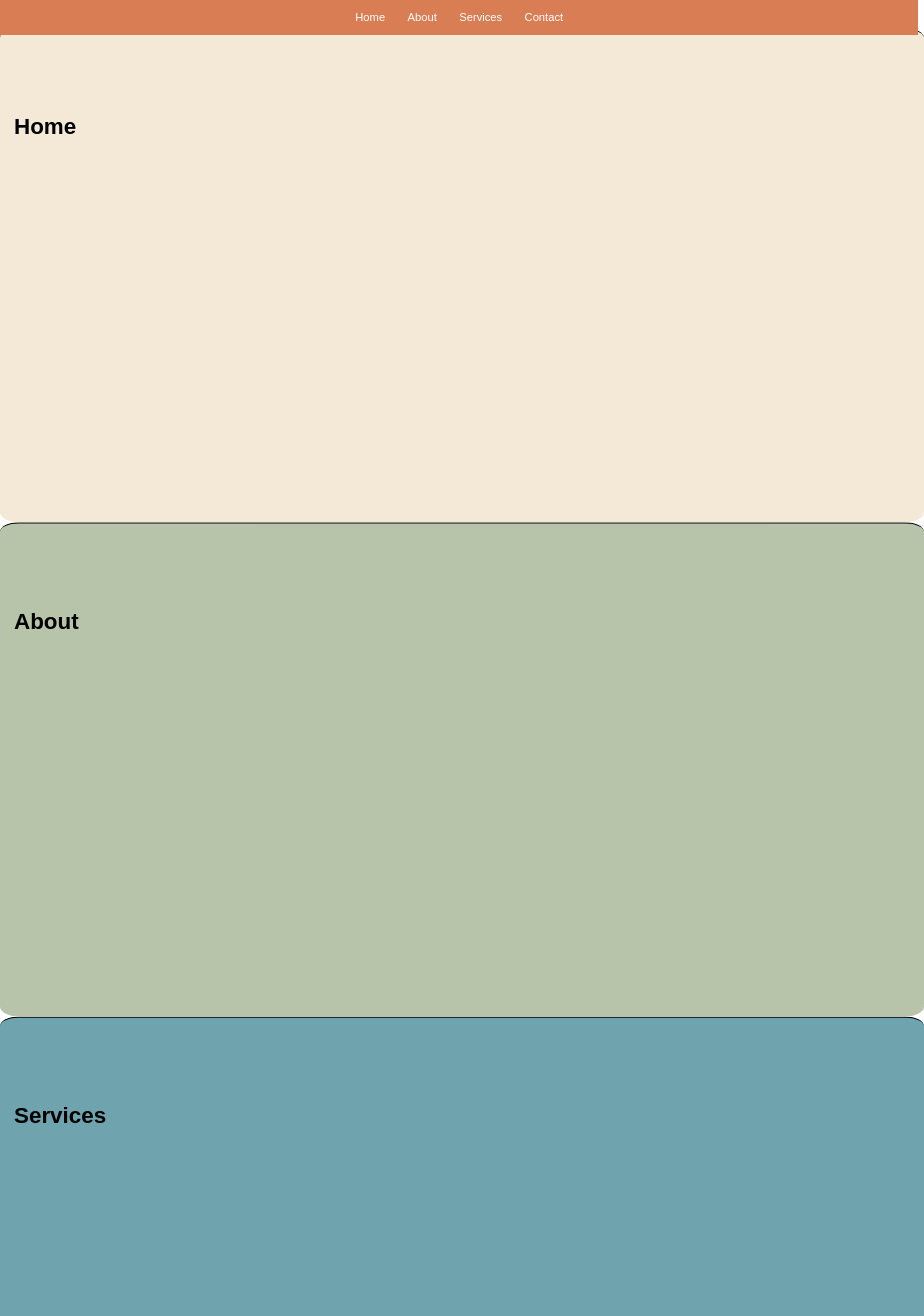
Repository: danichimescu/tema_unu_
Page: index.html
An editor plug-in stored every save of this project. The page is shown before and after the next save, followed by the edit.
The browser window is 1280 px wide. The page is 1320 px wide, so the pictures cover 1320 px, including what lies to the right of the window. The pictures show the part of the page from y = 0 to 1880 px (the page is 2864 px tall before and 2874 px after), at 70% of full size.

Above is the page before, as saved 2025-10-06 02:04:52.

After the next save:
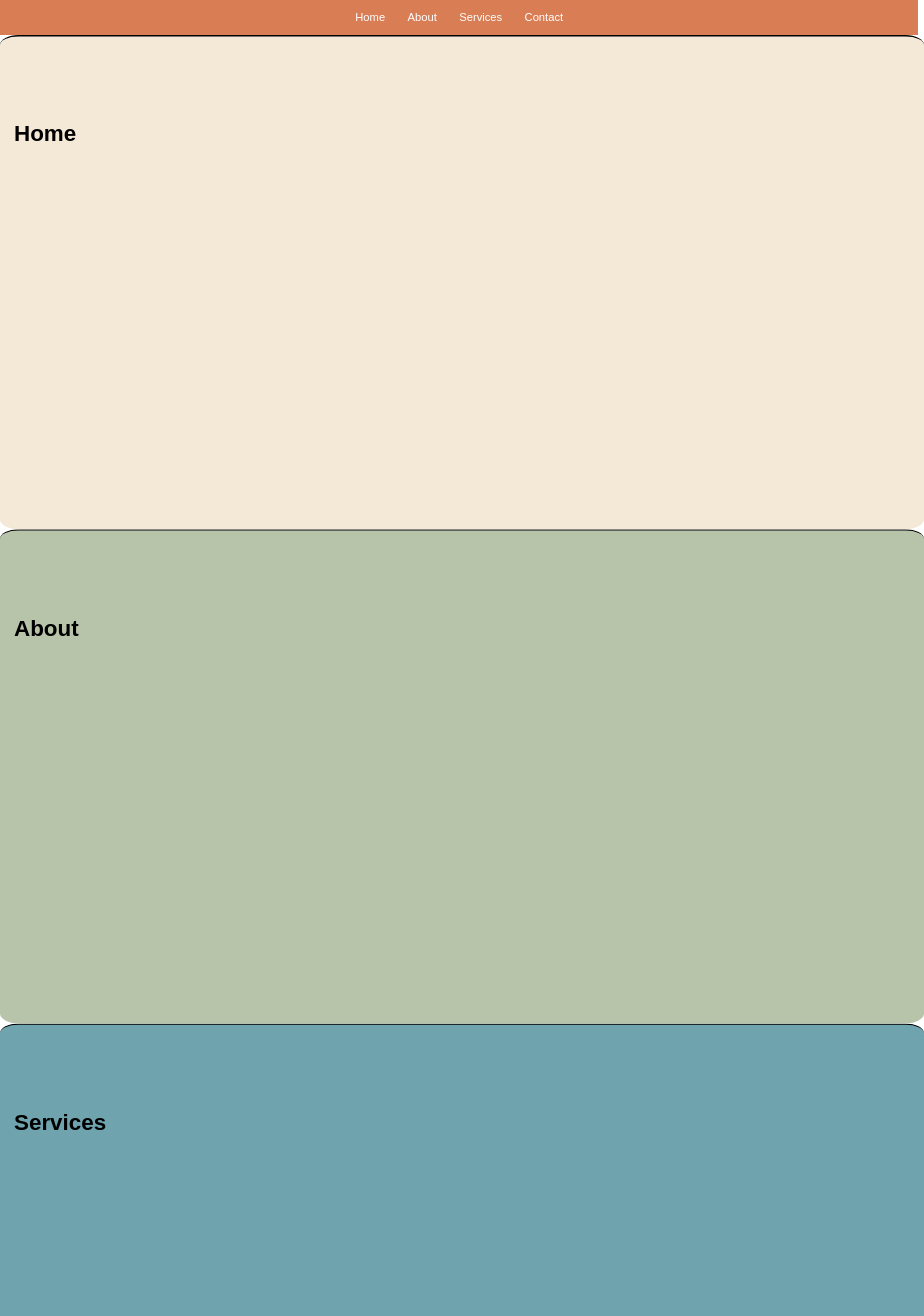
Saved 4 s later.
--- a/style.css
+++ b/style.css
@@ -6,7 +6,7 @@ html {
 }
 
 body {
-    padding-top: 40px;
+    padding-top: 50px;
     font-family: sans-serif;
     margin: 0;
 }
